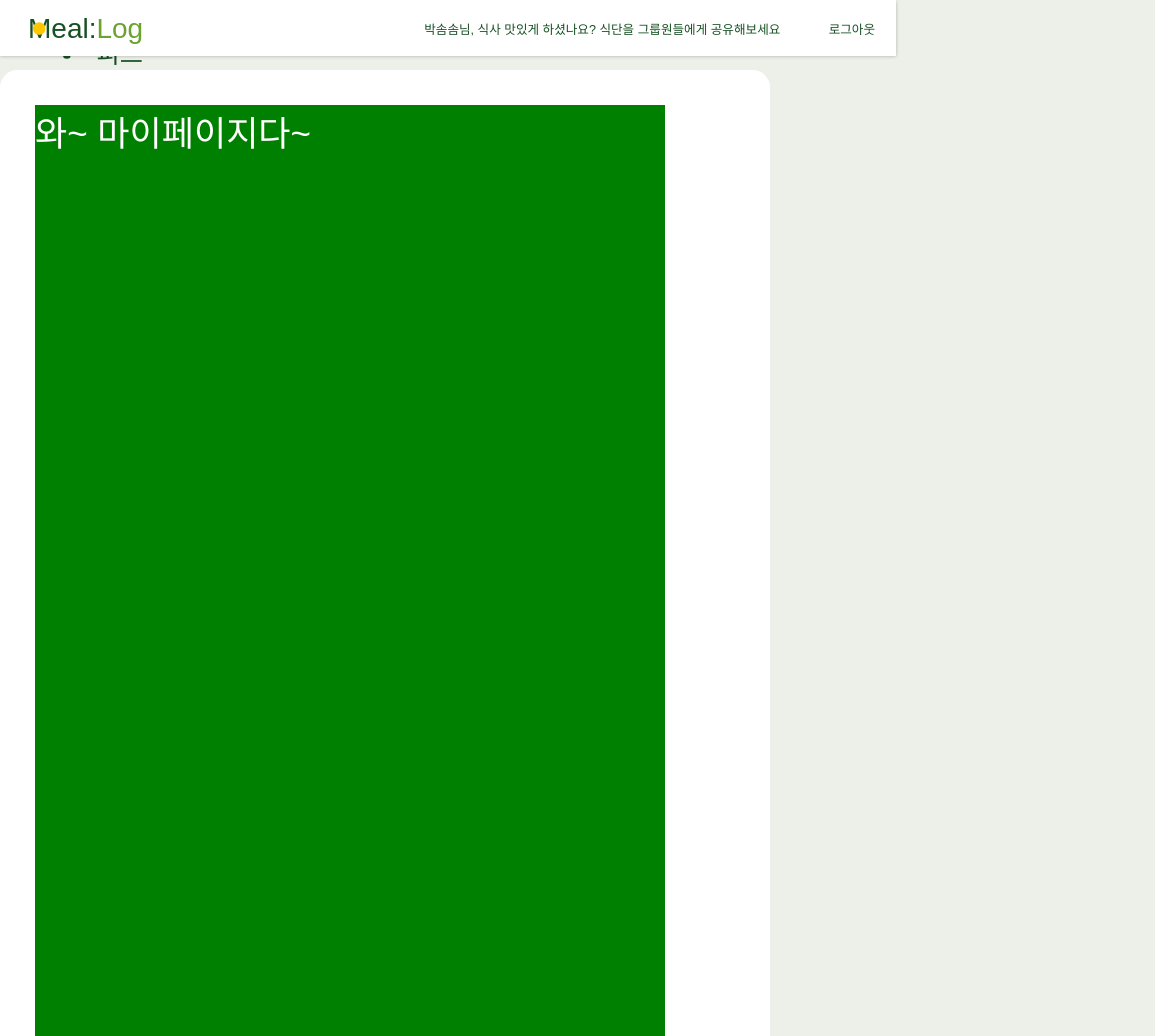
Repository: mealLog-databaseProgramming/MealLog
Page: http://localhost/meal-log/
An editor plug-in stored every save of this project. The page is shown before and after the next save, followed by the edit.
The browser window is 1280 px wide. The page is 1280 px wide, then 1650 px, so the pictures cover 1650 px, including what lies to the right of the window. The pictures show the part of the page from y = 0 to 1480 px (the page is 2200 px tall), at 70% of full size.
Some icons come from a web library that is not loaded, so they are not drawn. Some web fonts or font styles are not loaded; a fallback is used. The page is served by Tomcat 9.

Above is the page before, as saved 2022-09-29 16:32:33.

### meal-log/src/main/webapp/index.jsp
<%@ page language="java" contentType="text/html; charset=UTF-8"
    pageEncoding="UTF-8"%>
<!DOCTYPE html>
<html>
<head>
<meta charset="UTF-8">
<title>meal:log</title>
<link rel="stylesheet" href="resources/css/index.css"/>
	<script src="https://code.iconify.design/iconify-icon/1.0.0/iconify-icon.min.js"></script>
	<link rel="apple-touch-icon" sizes="57x57" href="resources/favicon/apple-icon-57x57.png">
	<link rel="apple-touch-icon" sizes="60x60" href="resources/favicon//apple-icon-60x60.png">
	<link rel="apple-touch-icon" sizes="72x72" href="resources/favicon//apple-icon-72x72.png">
	<link rel="apple-touch-icon" sizes="76x76" href="resources/favicon//apple-icon-76x76.png">
	<link rel="apple-touch-icon" sizes="114x114" href="resources/favicon//apple-icon-114x114.png">
	<link rel="apple-touch-icon" sizes="120x120" href="resources/favicon//apple-icon-120x120.png">
	<link rel="apple-touch-icon" sizes="144x144" href="resources/favicon//apple-icon-144x144.png">
	<link rel="apple-touch-icon" sizes="152x152" href="resources/favicon//apple-icon-152x152.png">
	<link rel="apple-touch-icon" sizes="180x180" href="resources/favicon//apple-icon-180x180.png">
	<link rel="icon" type="image/png" sizes="192x192"  href="resources/favicon//android-icon-192x192.png">
	<link rel="icon" type="image/png" sizes="32x32" href="resources/favicon//favicon-32x32.png">
	<link rel="icon" type="image/png" sizes="96x96" href="resources/favicon//favicon-96x96.png">
	<link rel="icon" type="image/png" sizes="16x16" href="resources/favicon//favicon-16x16.png">
	<link rel="manifest" href="resources/favicon//manifest.json">
	<meta name="msapplication-TileColor" content="#ffffff">
	<meta name="msapplication-TileImage" content="resources/favicon//ms-icon-144x144.png">
	<meta name="theme-color" content="#ffffff">
</head>
<body>
	<div class='Header'>
		<div class='title'>
			<div class='yolk'></div>
			<iconify-icon icon="fluent:food-egg-24-regular"></iconify-icon>
			Meal:<span>Log</span>
		</div>
		<div class='greet'>
			<iconify-icon icon="healthicons:ui-user-profile"></iconify-icon>
			박솜솜님, 식사 맛있게 하셨나요? 식단을 그룹원들에게 공유해보세요
			<div class='logout'>
				<iconify-icon icon="icon-park:logout"></iconify-icon>
				로그아웃
			</div>
		</div>

	</div>
	<div class='Nav'>
		<ul>
			<li>피드</li>
			<li>식단 추천</li>
			<li>그룹 매칭</li>
			<li><span>마이페이지</span></li>
		</ul>
	</div>
	<div class='Content'>
		<jsp:include page="/WEB-INF/mypage/mypage.jsp"/> <!-- 알갱이 만든걸 여기 경로 넣어서 적용 -->
	</div>
</body>
</html>

### meal-log/src/main/webapp/WEB-INF/mypage/mypage.jsp
<%@ page language="java" contentType="text/html; charset=UTF-8"
    pageEncoding="UTF-8"%>

<style>
	.wrap {
		width: 900px;  /* 고정 */

		/* 디버그 */
		height: 2000px;
		background: green;

		color: white; font-size: 50px;
	}
</style>

<div class="wrap">
	와~ 마이페이지다~
</div>

### meal-log/src/main/webapp/resources/css/index.css
@charset "UTF-8";
@import url('https://fonts.googleapis.com/css2?family=Jua&family=Nanum+Gothic:wght@400;700;800&display=swap');

* {
	font-family: 'Nanum Gothic', sans-serif;
	font-weight: 400;

	padding: 0;
	margin: 0;
}
body {
	-webkit-user-select:none;
	-moz-user-select:none;
	-ms-user-select:none;
	user-select:none;

	overflow-x: hidden;

	background: #ECF0E8;
}

.Header {
	width: 100vw; height: 80px;

	background: #FFFFFF;
	box-shadow: 0px 2px 5px rgba(0, 0, 0, 0.25);

	font-size: 18px;
	color: #175023;

	display: flex;
	align-items: center;
	justify-content: space-between;

	z-index: 10;

	position: fixed;
}
.Header>div, .Header .logout {
	display: flex;
	align-items: center;
}
.Header>div:first-child{ margin-left: 30px; }
.Header>div:last-child{ margin-right: 30px; }

.Header iconify-icon {
	margin-right: 10px;
}

.Header .title, .Header .title span {
	font-family: 'Jua', sans-serif;
	font-size: 40px;
	color: #175023;
}
.Header .title span {
	color: #6BA32D;
}
.Header .title iconify-icon {
	font-size: 50px;
	z-index: 2;
}
.Header .title .yolk{
	width: 18px; height:18px;

	background: #FFC700;
	border-radius: 50%;

	position: absolute;
	transform: translate(17px, 0.7px);
}


.Header .greet {
	margin-right: 5vw;
}
.Header .greet iconify-icon {
	font-size: 40px;
}
.Header .logout {
	margin-left: 5vw;
}
.Header .logout iconify-icon {
	font-size: 25px;
	margin-right: 5px;
}
.Header .logout:hover {
	font-weight: 700;
}

@media screen and (max-width: 1000px) {
	.Header .greet {
		color: #FFFFFF;
		font-size: 0px;
	}
	.Header .logout {
		color: #175023;
		font-size: 18px;
	}
	.Header > div {
		margin-left: 3vw; margin-right: 5vw;
	}
}


.Nav {
	list-style: inside;

	font-size: 36px;
	color: #175023;

	position: fixed;
}
 .Nav li span {
 	font-family: 'Jua', sans-serif;
 }
.Nav li{
	font-family: 'Jua', sans-serif;
	padding-left: 50px;
	line-height: 75px;

	margin: 40px;
	margin-right: 0px;
}

.Nav li:last-child {
	list-style: none;
	padding-left: 100px;

	color: #ECF0E8;

	background: rgba(59, 92, 10, 0.5);
	box-shadow: 0px 4px 4px 0px #00000040;
	width: 200px; height: 75px;

	border-top-left-radius: 50px;
	border-bottom-left-radius: 50px;
}

.Content {
	width: 1000px;
	padding: 50px;

	background: #FFFFFF;
	border-radius: 25px;

	position: absolute;
	transform: translate(0, 100px);
}

After the next save:
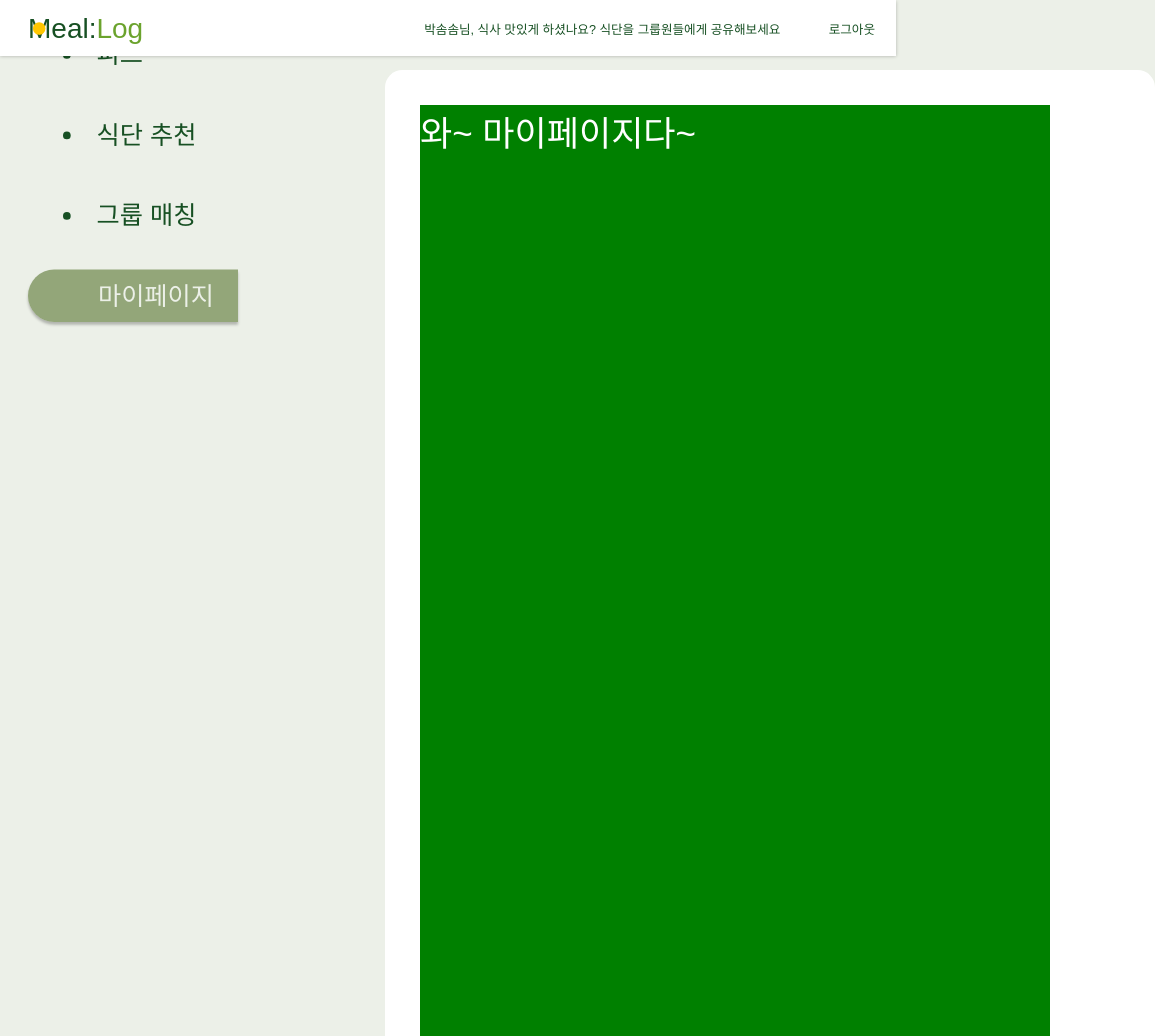
Saved 17 s later.
--- a/meal-log/src/main/webapp/resources/css/index.css
+++ b/meal-log/src/main/webapp/resources/css/index.css
@@ -144,5 +144,5 @@ body {
 	border-radius: 25px;
 
 	position: absolute;
-	transform: translate(0, 100px);
+	transform: translate(50%, 100px);
 }
